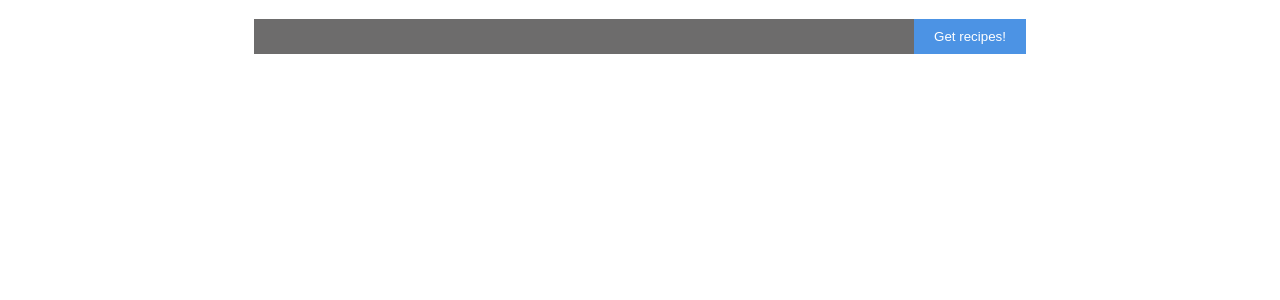
Repository: KLM94/Recipes
Page: /
An editor plug-in stored every save of this project. The page is shown before and after the next save, followed by the edit.
The browser window is 1280 px wide. The pictures show the whole page.
The page's requests for data from a server got no answer. The project was rebuilt for these pictures with package versions that can differ from the ones it lists, and the page was loaded fresh each time. No one was signed in, and anything a server would have sent is missing. Also part of the build but not shown: src/Recipe.js.

Above is the page before, as saved 2020-09-16 14:22:11.

After the next save:
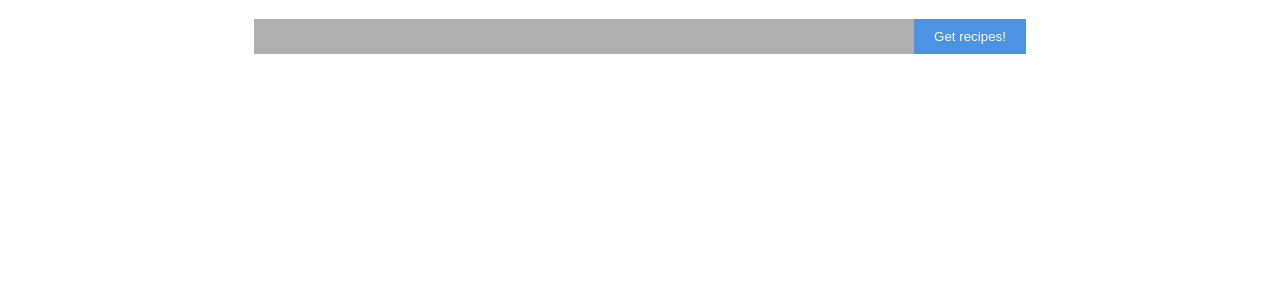
Saved 25 s later.
--- a/src/App.css
+++ b/src/App.css
@@ -26,7 +26,7 @@
   width: 50%;
   border: none;
   padding: 10px;
-  background: #6d6c6c;
+  background: #b1b0b0;
 }
 
 .search-button {
